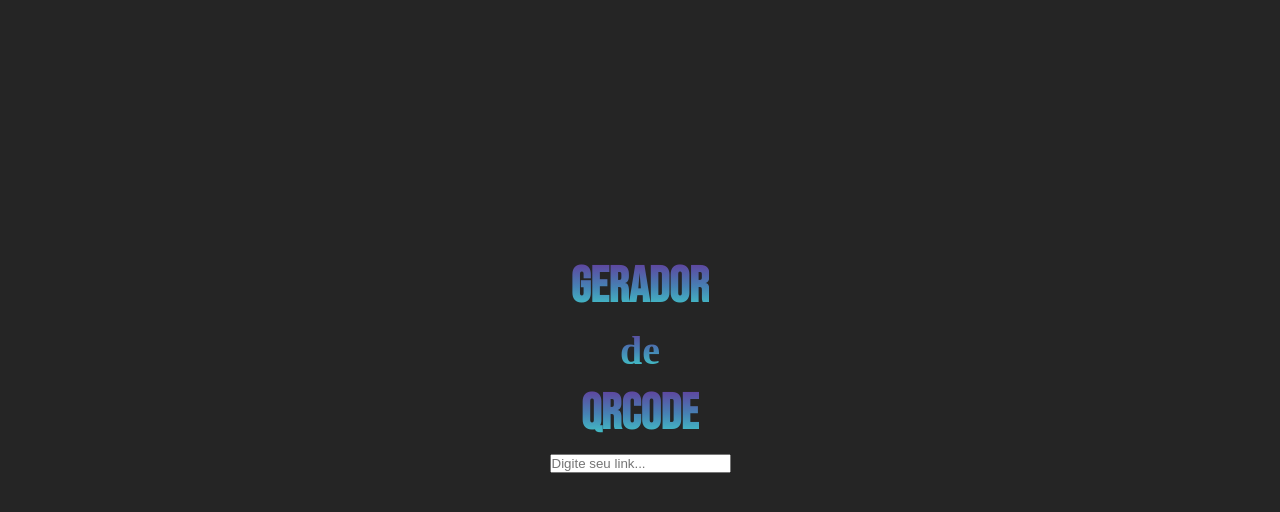
Repository: odiloalmeida/qrcode-generator
Page: /
These files come from the project's save history. The page is drawn as it stood at one moment and after the next save; the edit follows.
The browser window is 1280 px wide. The pictures show the whole page.
The project was rebuilt for these pictures with package versions that can differ from the ones it lists, and the page was loaded fresh each time. Also part of the build but not shown: vite.config.js.

Above is the page before, as saved 2022-11-22 18:50:33.

### index.html
<!DOCTYPE html>
<html lang="pt-BR">
  <head>
    <meta charset="UTF-8" />
    <link rel="icon" type="image/svg+xml" href="/vite.svg" />
    <meta name="viewport" content="width=device-width, initial-scale=1.0" />
    <title>QrCode Generator</title>
  </head>
  <body>
    <div id="root"></div>
    <script type="module" src="/src/main.jsx"></script>
  </body>
</html>

### src/App.jsx
import { useState } from 'react'
import './App.css'

function App() {
  const [count, setCount] = useState(0)

  return (
    <div className="App">
      <div className='container-wrap'>
        <h1>Gerador</h1>
        <h2>de</h2>
        <h1>QrCode</h1>
        <input
        className='input'
        placeholder='Digite seu link...'/>
      </div>
    </div>
  )
}

export default App

### src/App.css
@import url('https://fonts.googleapis.com/css2?family=Bebas+Neue&display=swap');

* {
  padding: 0;
  margin: 0;
  box-sizing: border-box;
}

.container-wrap{
  background-color: #252525;
  color: #fff;
  display: flex;
  justify-content: center;
  align-items: center;
  flex-direction: column;
  width: 100vw;
  height: 100vh;
}

.container-wrap h1{
  font-size: 50px;
  background-image: linear-gradient(to bottom, rebeccapurple, steelblue, turquoise);
  background-clip: text;
  -webkit-background-clip: text;
  -webkit-text-fill-color: transparent;
  color: black;
  margin: 10px 0;
  font-family: 'Bebas Neue', cursive;

}

.container-wrap h2{
  font-size: 40px;
  background-image: linear-gradient(to bottom, rebeccapurple, steelblue, turquoise);
  background-clip: text;
  -webkit-background-clip: text;
  -webkit-text-fill-color: transparent;
  color: black;
}

Loaded but not shown: src/main.jsx (common file)

After the next save:
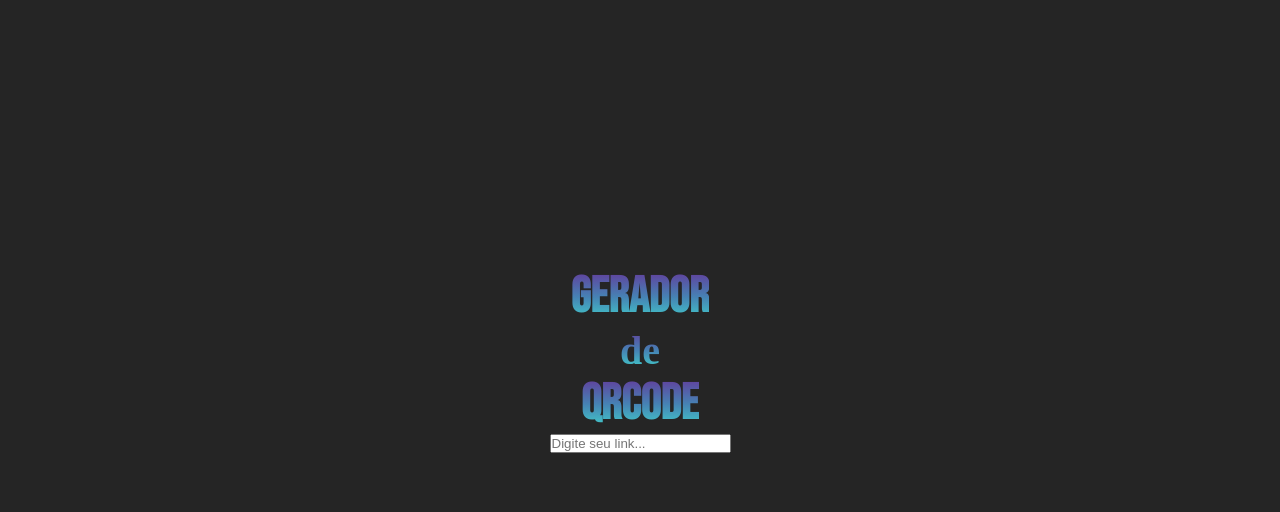
Saved 21 s later.
--- a/src/App.css
+++ b/src/App.css
@@ -24,7 +24,7 @@
   -webkit-background-clip: text;
   -webkit-text-fill-color: transparent;
   color: black;
-  margin: 10px 0;
+  margin: 0 0;
   font-family: 'Bebas Neue', cursive;
 
 }
